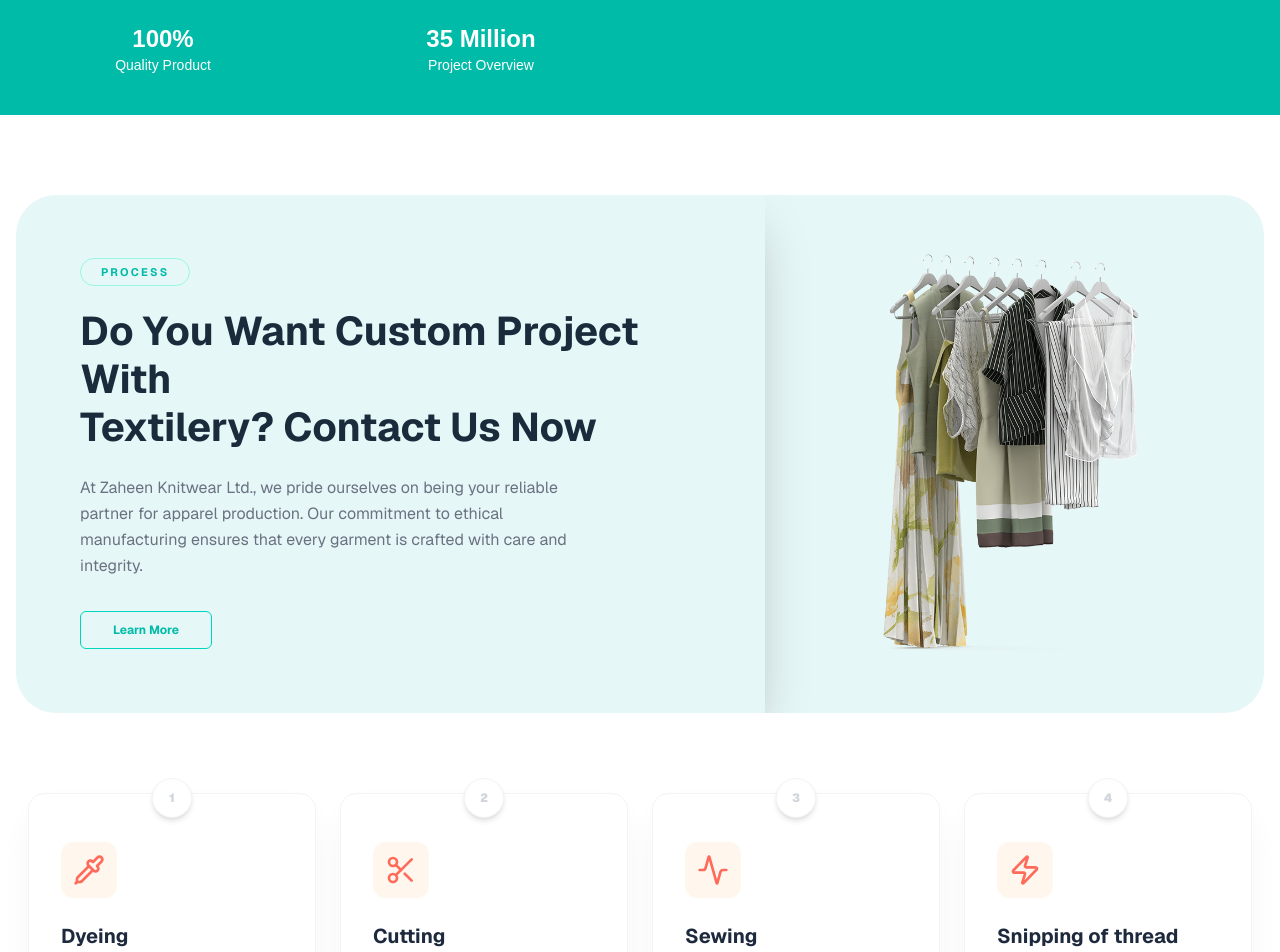
Repository: mdmuhibullahhabib/fullstack-assessment
Page: /
The author's editor kept a copy of each file at every save. The page is drawn from the files as they stood at one save, then again after the next save.
The browser window is 1280 px wide. The pictures show the part of the page from y = 595 to 1547 px (the page is 3063 px tall).
The project was rebuilt for these pictures with package versions that can differ from the ones it lists, and the page was loaded fresh each time. The framework's server and built-in components were replaced by stand-ins that run in the browser. Also part of the build but not shown: next.config.mjs.

Above is the page before, as saved 2025-12-27 09:46:31.

After the next save:
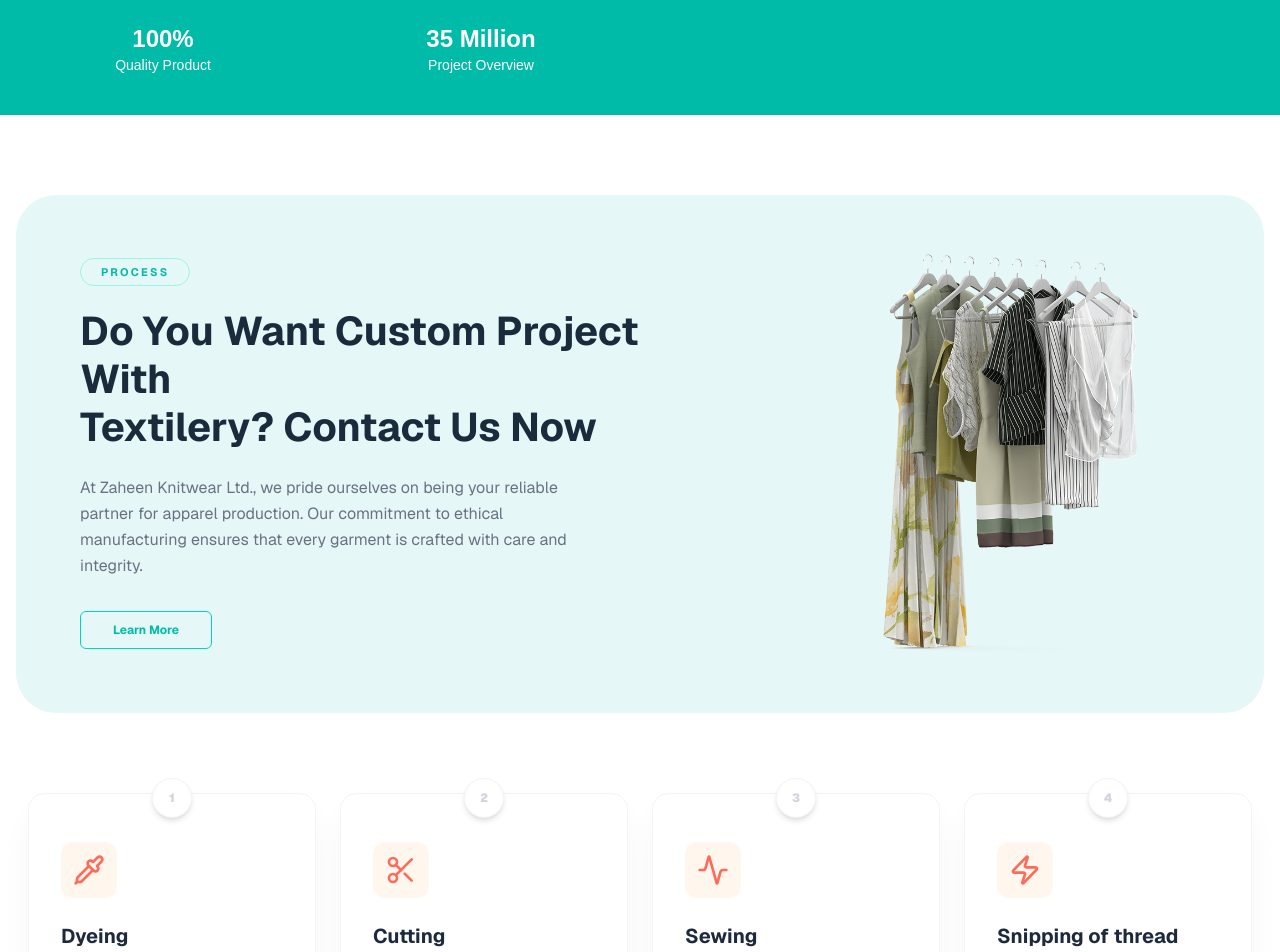
Saved 77 s later.
--- a/src/components/home/CustomProcess.jsx
+++ b/src/components/home/CustomProcess.jsx
@@ -24,7 +24,7 @@
 
                     {/* Left Content Box (White with bgImage and Torn Edge) */}
                     <div
-                        className="relative z-20 w-full md:w-[60%] p-10 md:p-16 flex flex-col justify-center items-start md:clip-path-torn shadow-2xl"
+                        className="relative z-20 w-full md:w-[60%] p-10 md:p-16 flex flex-col justify-center items-start md:clip-path-torn "
                         style={{
                             backgroundImage: `url(${bgImage})`,
                             backgroundSize: "cover",
